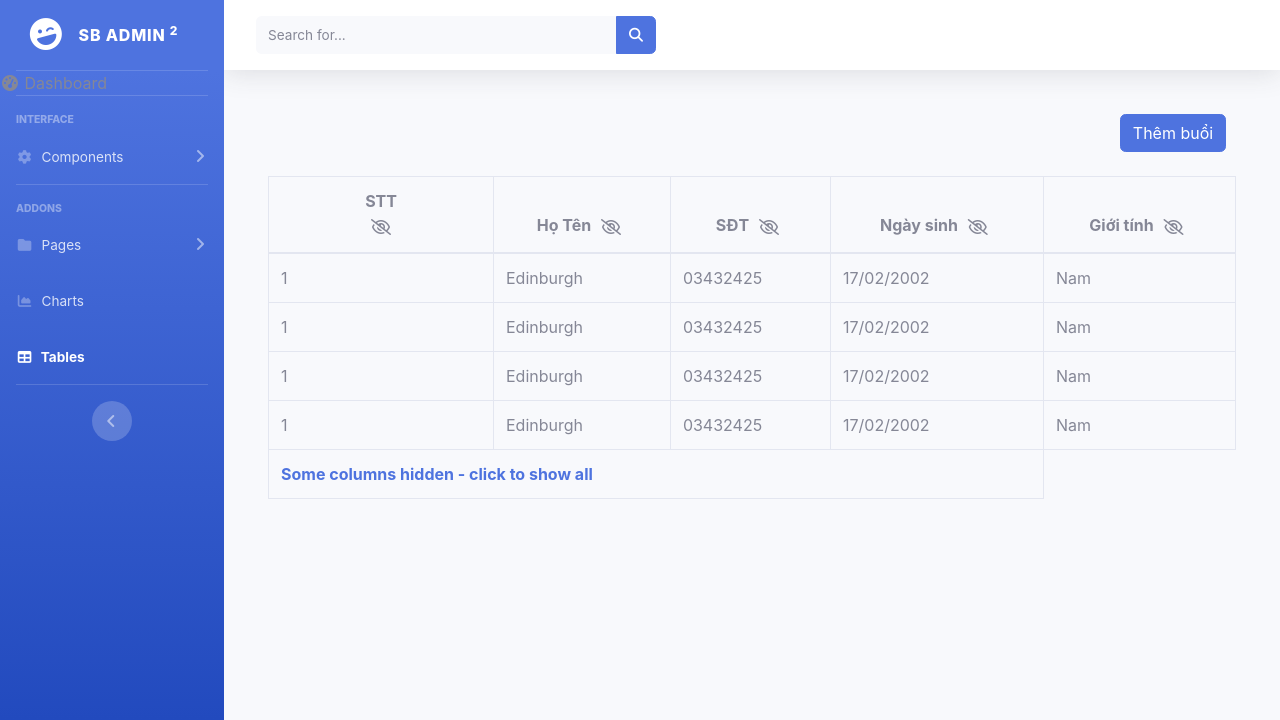
Repository: huyennvo/WebCiTEdu
Page: index.html
An editor plug-in stored every save of this project. The page is shown before and after the next save, followed by the edit.
The browser window is 1280 px wide. The pictures show the whole page.
Some web libraries are served in a nearby version.

Above is the page before, as saved 2022-07-30 09:44:23.

After the next save:
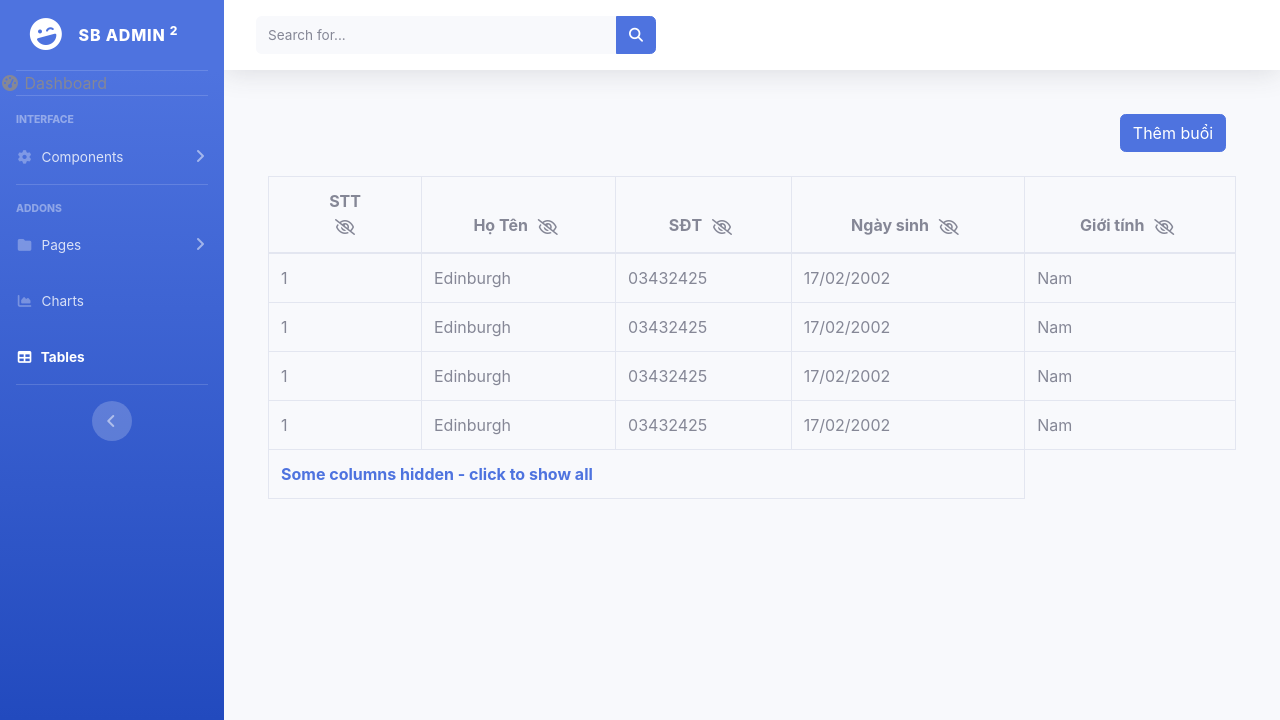
Saved 48 s later.
--- a/index.html
+++ b/index.html
@@ -199,7 +199,7 @@ crossorigin="anonymous"
                                     <tr id="row1">
                                         <th>
                                             STT
-                                            <button style="width:200px" class="pull-right btn btn-default btn-condensed hide-column" data-toggle="tooltip" data-placement="bottom" title="Ẩn cột">
+                                            <button style="width:10vw" class="pull-right btn btn-default btn-condensed hide-column" data-toggle="tooltip" data-placement="bottom" title="Ẩn cột">
           <i class="fa fa-eye-slash"></i>
         </button>
                                         </th>
@@ -237,28 +237,28 @@ crossorigin="anonymous"
 
 
                                     <tr id="row2">
-                                        <td style="width:200px">1</td>
+                                        <td style="width:10vw">1</td>
                                         <td>Edinburgh</td>
                                         <td>03432425</td>
                                         <td>17/02/2002</td>
                                         <td>Nam</td>
                                     </tr>
                                     <tr id="row3">
-                                        <td style="width:200px">1</td>
+                                        <td style="width:10vw">1</td>
                                         <td>Edinburgh</td>
                                         <td>03432425</td>
                                         <td>17/02/2002</td>
                                         <td>Nam</td>
                                     </tr>
                                     <tr id="row4">
-                                        <td style="width:200px">1</td>
+                                        <td style="width:10vw">1</td>
                                         <td>Edinburgh</td>
                                         <td>03432425</td>
                                         <td>17/02/2002</td>
                                         <td>Nam</td>
                                     </tr>
                                     <tr id="row5">
-                                        <td style="width:200px">1</td>
+                                        <td style="width:10vw">1</td>
                                         <td>Edinburgh</td>
                                         <td>03432425</td>
                                         <td>17/02/2002</td>
